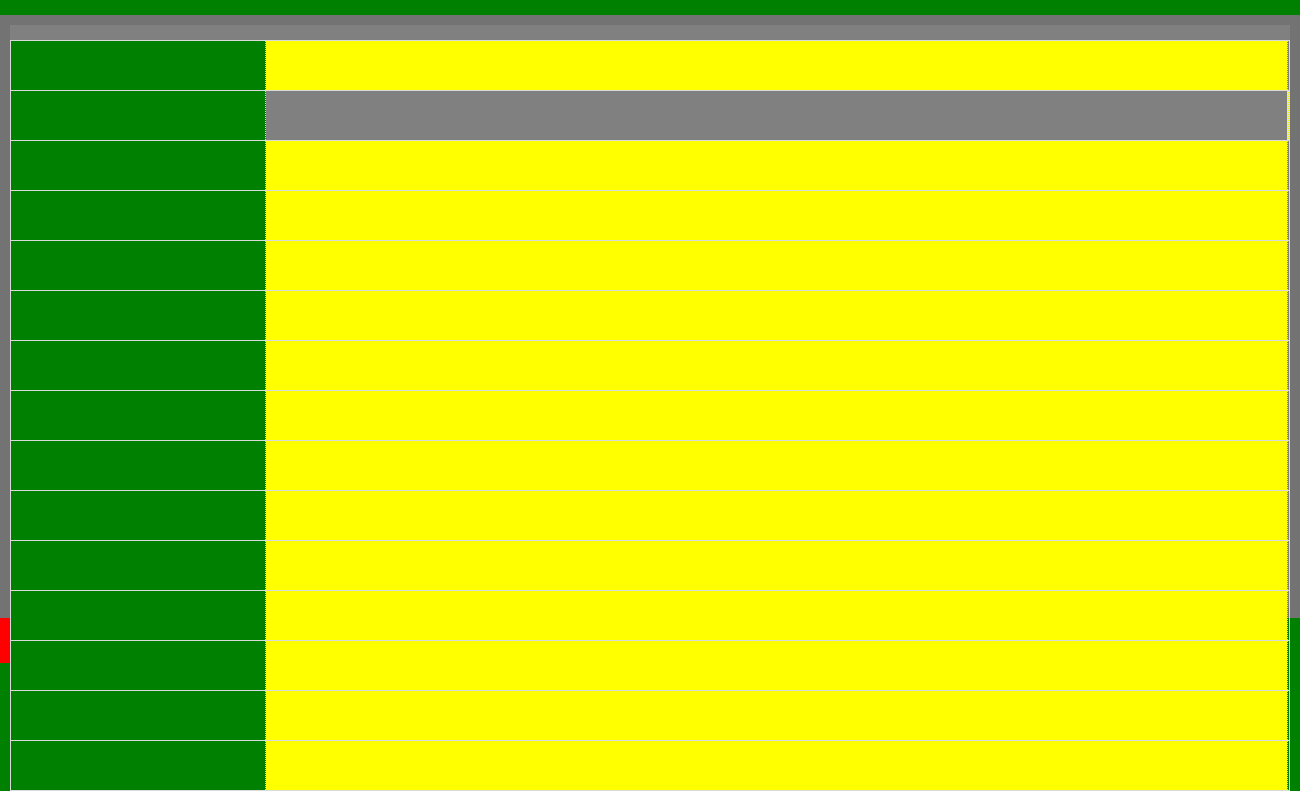
Repository: wangxinjun08231116/Html5Views
Page: WangXinJun/WebContent/htmls/ChangYongMark/table.html
The author's editor kept a copy of each file at every save. The page is drawn from the files as they stood at one save, then again after the next save.
The browser window is 1280 px wide. The page is 1300 px wide, so the pictures cover 1300 px, including what lies to the right of the window. The pictures show the whole page.

Above is the page before, as saved 2015-02-04 03:32:22.

After the next save:
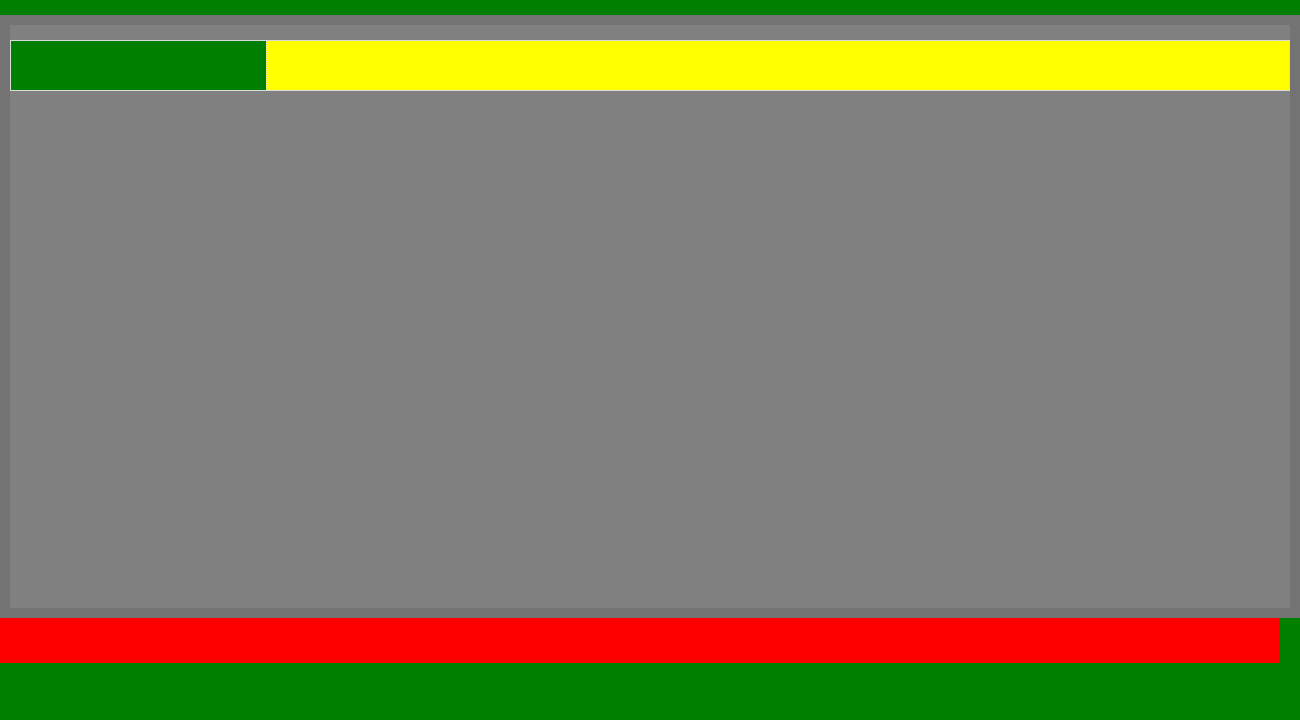
Saved 58 s later.
--- a/WangXinJun/WebContent/htmls/ChangYongMark/table.html
+++ b/WangXinJun/WebContent/htmls/ChangYongMark/table.html
@@ -16,75 +16,7 @@
 		<td class = "td_second">
 	</tr>
 
-	<tr style="height: 50px; margin-top:5px; border: 1px solid #dadada;">
-		<td style="vertical-align: middle; width: 20%; background-color:green;border: 1px dotted #dadada" onclick="show_imgMark(this); return false;"><td/>
-		<td style="vertical-align: middle; width: 80%; background-color:yellow;border: 1px dotted #dadada;" onclick="show_imgMark(this); return false;"><td/>
-	</tr>
 
-	<tr style="height: 50px; margin-top:5px; border: 1px solid #dadada;">
-		<td style="vertical-align: middle; width: 20%; background-color:green;border: 1px dotted #dadada;">
-		<td style="vertical-align: middle; width: 80%; background-color:yellow;border: 1px dotted #dadada;">
-	</tr>
-
-	<tr style="height: 50px; margin-top:5px; border: 1px solid #dadada;">
-		<td style="vertical-align: middle; width: 20%; background-color:green;border: 1px dotted #dadada;">
-		<td style="vertical-align: middle; width: 80%; background-color:yellow;border: 1px dotted #dadada;">
-	</tr>
-
-	<tr style="height: 50px; margin-top:5px; border: 1px solid #dadada;">
-		<td style="vertical-align: middle; width: 20%; background-color:green;border: 1px dotted #dadada;">
-		<td style="vertical-align: middle; width: 80%; background-color:yellow;border: 1px dotted #dadada;">
-	</tr>
-
-		<tr style="height: 50px; margin-top:5px; border: 1px solid #dadada;">
-		<td style="vertical-align: middle; width: 20%; background-color:green;border: 1px dotted #dadada;">
-		<td style="vertical-align: middle; width: 80%; background-color:yellow;border: 1px dotted #dadada;">
-	</tr>
-
-	<tr style="height: 50px; margin-top:5px; border: 1px solid #dadada;">
-		<td style="vertical-align: middle; width: 20%; background-color:green;border: 1px dotted #dadada;">
-		<td style="vertical-align: middle; width: 80%; background-color:yellow;border: 1px dotted #dadada;">
-	</tr>
-
-	<tr style="height: 50px; margin-top:5px; border: 1px solid #dadada;">
-		<td style="vertical-align: middle; width: 20%; background-color:green;border: 1px dotted #dadada;">
-		<td style="vertical-align: middle; width: 80%; background-color:yellow;border: 1px dotted #dadada;">
-	</tr>
-
-	<tr style="height: 50px; margin-top:5px; border: 1px solid #dadada;">
-		<td style="vertical-align: middle; width: 20%; background-color:green;border: 1px dotted #dadada;">
-		<td style="vertical-align: middle; width: 80%; background-color:yellow;border: 1px dotted #dadada;">
-	</tr>
-
-	<tr style="height: 50px; margin-top:5px; border: 1px solid #dadada;">
-		<td style="vertical-align: middle; width: 20%; background-color:green;border: 1px dotted #dadada;">
-		<td style="vertical-align: middle; width: 80%; background-color:yellow;border: 1px dotted #dadada;">
-	</tr>
-
-		<tr style="height: 50px; margin-top:5px; border: 1px solid #dadada;">
-		<td style="vertical-align: middle; width: 20%; background-color:green;border: 1px dotted #dadada;">
-		<td style="vertical-align: middle; width: 80%; background-color:yellow;border: 1px dotted #dadada;">
-	</tr>
-
-	<tr style="height: 50px; margin-top:5px; border: 1px solid #dadada;">
-		<td style="vertical-align: middle; width: 20%; background-color:green;border: 1px dotted #dadada;">
-		<td style="vertical-align: middle; width: 80%; background-color:yellow;border: 1px dotted #dadada;">
-	</tr>
-
-	<tr style="height: 50px; margin-top:5px; border: 1px solid #dadada;">
-		<td style="vertical-align: middle; width: 20%; background-color:green;border: 1px dotted #dadada;">
-		<td style="vertical-align: middle; width: 80%; background-color:yellow;border: 1px dotted #dadada;">
-	</tr>
-
-	<tr style="height: 50px; margin-top:5px; border: 1px solid #dadada;">
-		<td style="vertical-align: middle; width: 20%; background-color:green;border: 1px dotted #dadada;">
-		<td style="vertical-align: middle; width: 80%; background-color:yellow;border: 1px dotted #dadada;">
-	</tr>
-
-	<tr style="height: 50px; margin-top:5px; border: 1px solid #dadada;">
-		<td style="vertical-align: middle; width: 20%; background-color:green;border: 1px dotted #dadada;">
-		<td style="vertical-align: middle; width: 80%; background-color:yellow;border: 1px dotted #dadada;">
-	</tr>
 
 </tbody>
 </table>
--- a/WangXinJun/WebContent/css/ChangYongMark/table.css
+++ b/WangXinJun/WebContent/css/ChangYongMark/table.css
@@ -35,5 +35,4 @@ table{
 	width: 80%;
 	vertical-align: middle;
 	background-color:yellow;
-	border: 1px dotted #dadada;
 }
